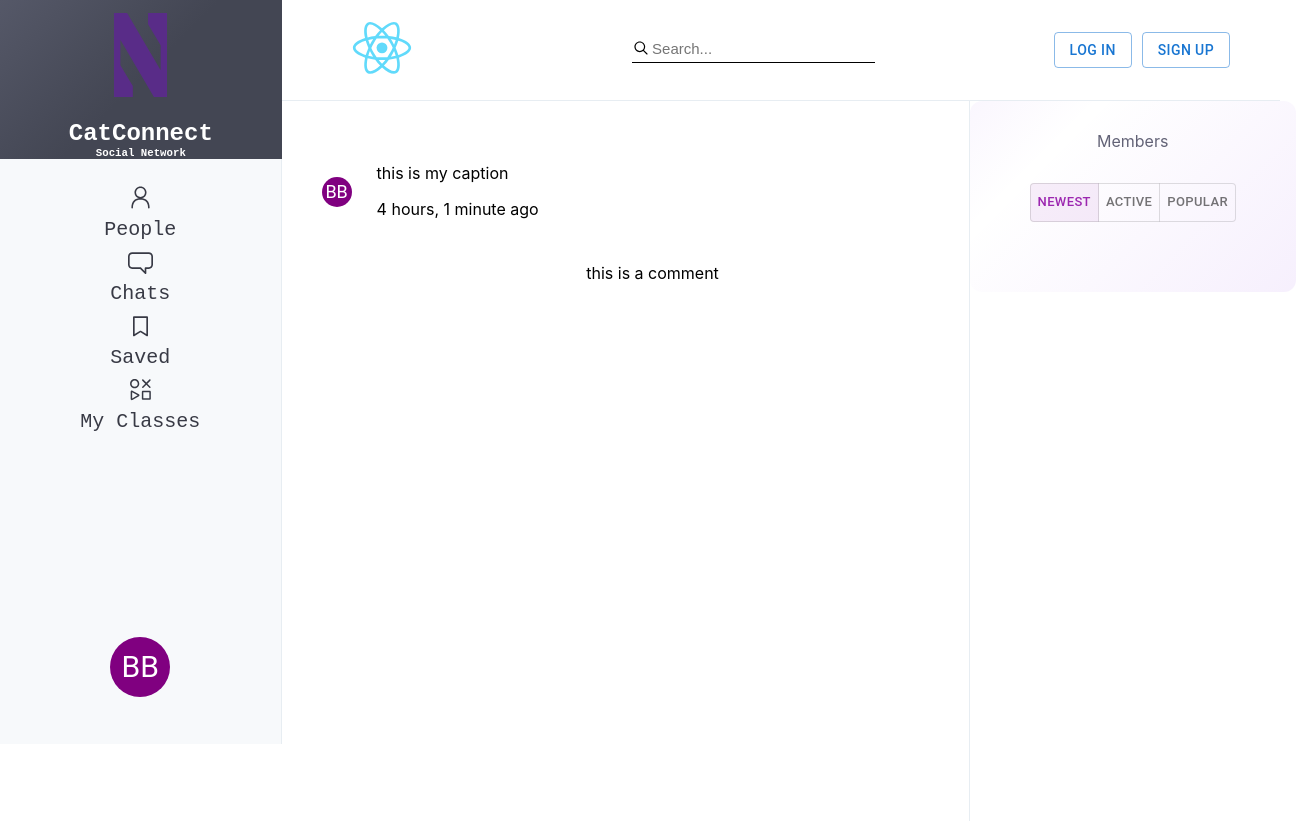
Repository: bbrockbrown/fws_proj
Page: / (app in frontend/)
An editor plug-in stored every save of this project. The page is shown before and after the next save, followed by the edit.
The browser window is 1280 px wide. The page is 1296 px wide, so the pictures cover 1296 px, including what lies to the right of the window. The pictures show the whole page.
The project was rebuilt for these pictures with package versions that can differ from the ones it lists, and the page was loaded fresh each time. Also part of the build but not shown: frontend/craco.config.js.

Above is the page before, as saved 2025-04-27 11:56:50.

After the next save:
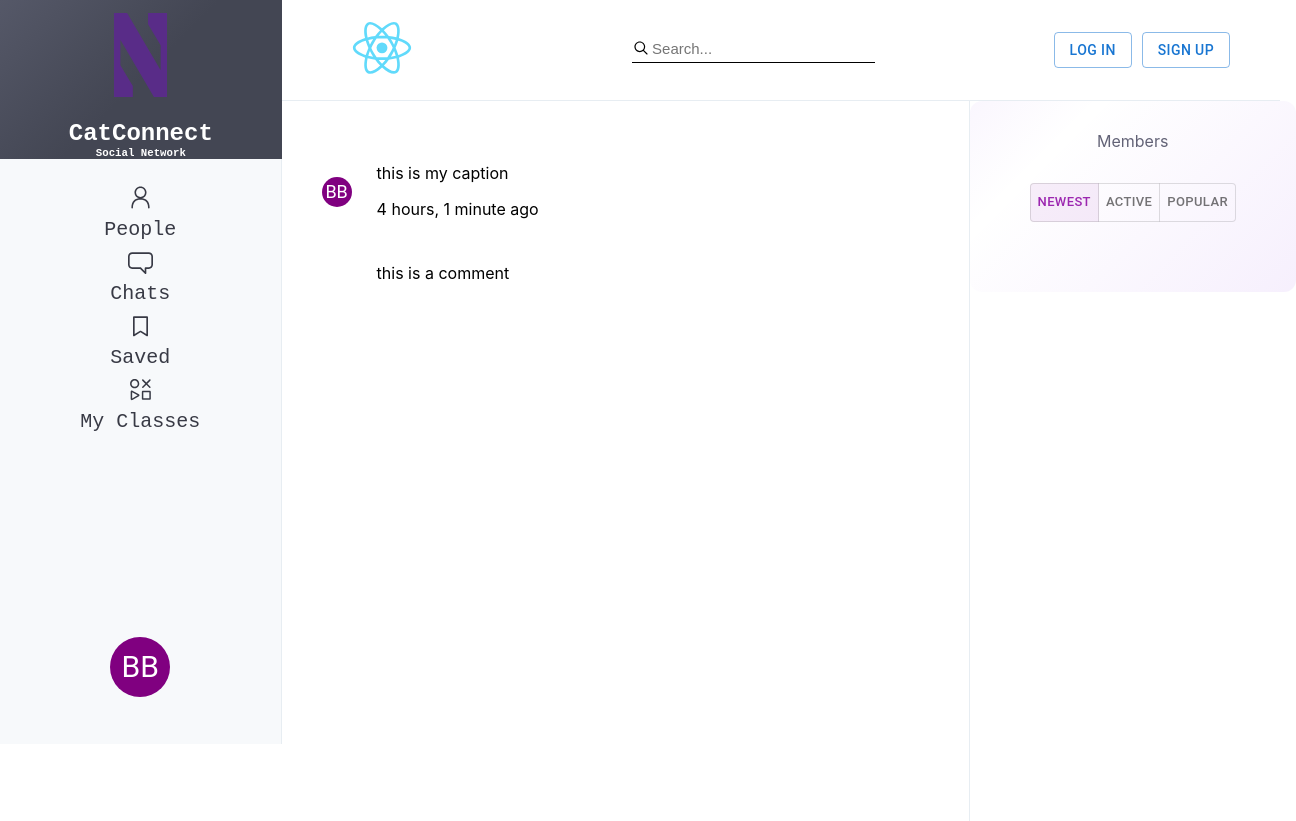
Saved 17 s later.
--- a/frontend/src/common/components/Feed.jsx
+++ b/frontend/src/common/components/Feed.jsx
@@ -61,7 +61,7 @@
                 <p>4 hours, 1 minute ago</p>
               </div>
             </div>
-            <div>
+            <div style={{ textAlign: 'left' }}>
               <p>this is a comment</p>
             </div>
           </PostContent>
